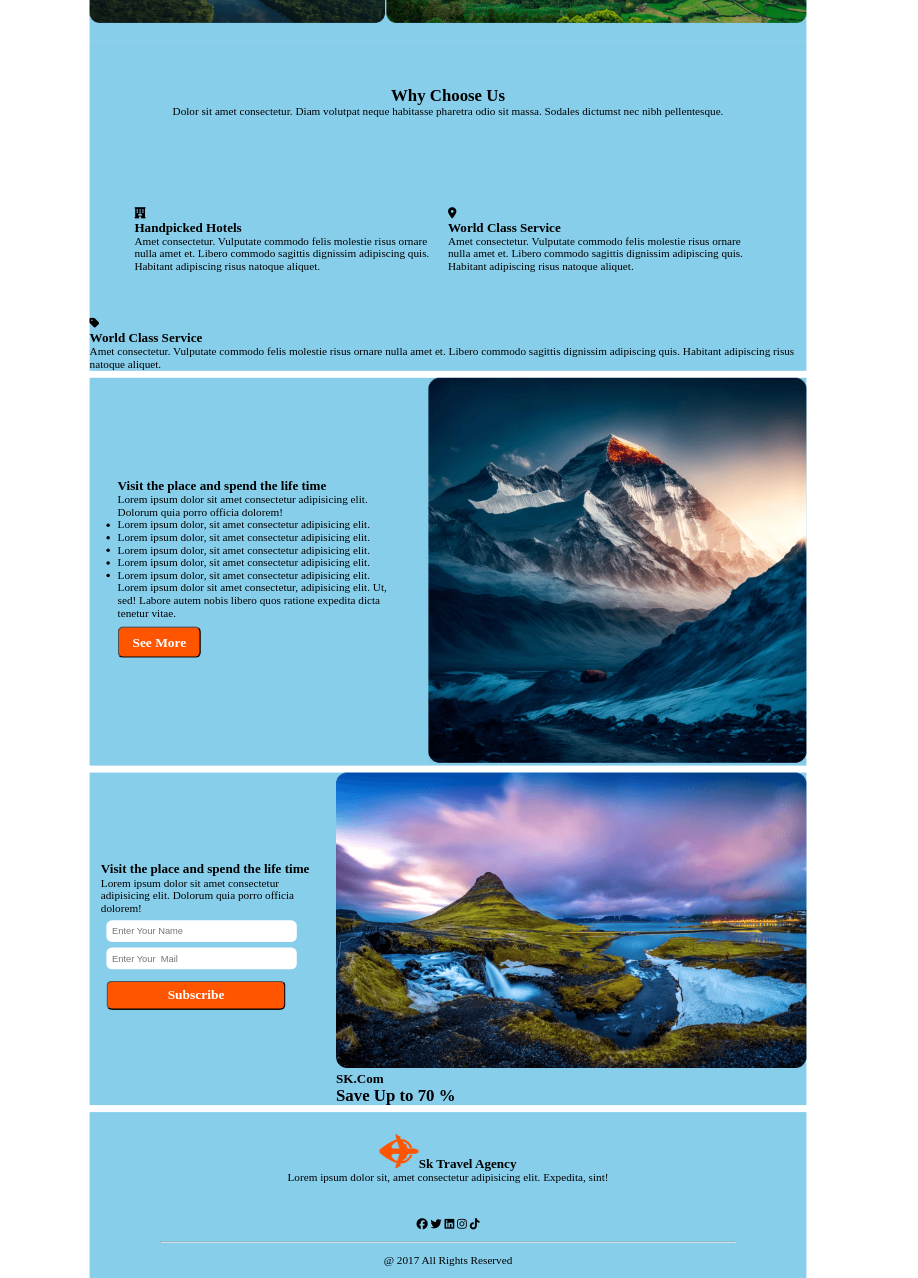
Repository: sumonkumarsarkar/Sk-Travel-Agency-
Page: index.html
These files come from the project's save history. The page is drawn as it stood at one moment and after the next save; the edit follows.
The browser window is 1280 px wide. The page is 1312 px wide, so the pictures cover 1312 px, including what lies to the right of the window. The pictures show the part of the page from y = 2264 to 4144 px (the page is 4090 px tall before and 4144 px after), at 70% of full size.

Above is the page before, as saved 2024-01-17 07:43:36.

After the next save:
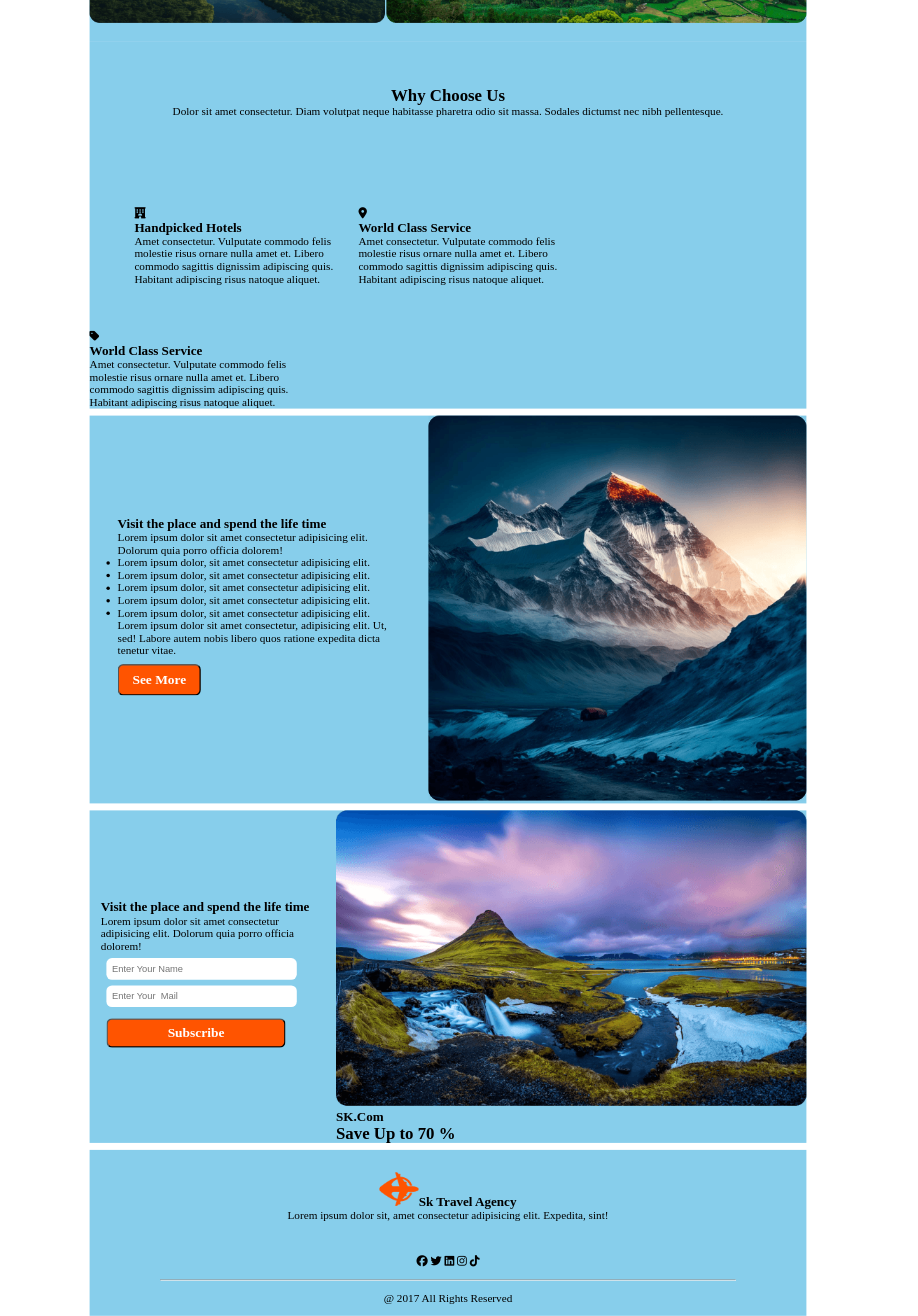
Saved 52 s later.
--- a/style.css
+++ b/style.css
@@ -38,6 +38,11 @@ padding:4rem;
     padding: 4rem;
 }
 
+
+.card{
+    max-height: 10rem;
+    max-width: 20rem;
+}
 
 /* card end  */
 
